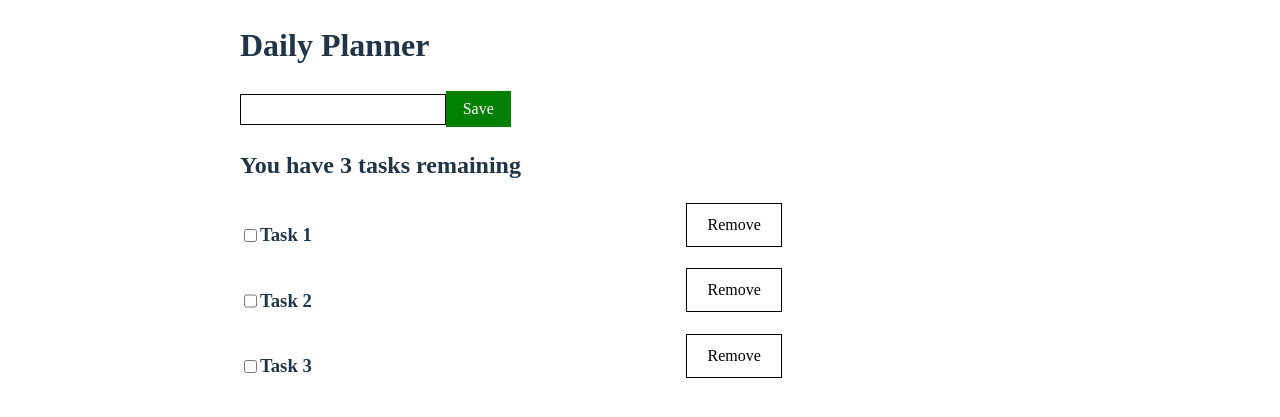
Repository: SamanthaYan298/my_planner
Page: /
These files come from the project's save history. The page is drawn as it stood at one moment and after the next save; the edit follows.
The browser window is 1280 px wide. The pictures show the whole page.
The project was rebuilt for these pictures with package versions that can differ from the ones it lists, and the page was loaded fresh each time. Also part of the build but not shown: vite.config.js.

Above is the page before, as saved 2024-10-07 17:20:35.

### src/App.jsx
import { useState } from 'react'
import './App.css'

function App() {

  return (
    <>
      <div className='main'>
        <h1>Daily Planner</h1>
        <form>
          <input
            type="text"
            className='form-input'
          />
          <button className='form-btn'>Save</button>
        </form>
        <h2>You have 3 tasks remaining</h2>
        <div>
          <div className='task-list'>
            <input type="checkbox" />
            <h3>Task 1</h3>
            <button className='task-btn'>Remove</button>
          </div>

          <div className='task-list'>
            <input type="checkbox" />
            <h3>Task 2</h3>
            <button className='task-btn'>Remove</button>
          </div>

          <div className='task-list'>
            <input type="checkbox" />
            <h3>Task 3</h3>
            <button className='task-btn'>Remove</button>
          </div>
        </div>
      </div>
    </>
  )
}

export default App

### src/index.css
:root {
  font-family: Inter, system-ui, Avenir, Helvetica, Arial, sans-serif;
  line-height: 1.5;
  font-weight: 400;

  color-scheme: light dark;
  color: rgba(255, 255, 255, 0.87);
  background-color: #242424;

  font-synthesis: none;
  text-rendering: optimizeLegibility;
  -webkit-font-smoothing: antialiased;
  -moz-osx-font-smoothing: grayscale;
}

a {
  font-weight: 500;
  color: #646cff;
  text-decoration: inherit;
}
a:hover {
  color: #535bf2;
}

body {
  margin: 0;
  display: flex;
  flex-direction: column;
  align-items: flex-start;
  justify-content: flex-start;
  min-width: 320px;
  min-height: 100vh;
  padding-top: 0;
  text-align: left;
  left: 0;
}


/* h1 {
  font-size: 3.2em;
  line-height: 1.1;
} */

/* button {
  border-radius: 8px;
  border: 1px solid transparent;
  padding: 0.6em 1.2em;
  font-size: 1em;
  font-weight: 500;
  font-family: inherit;
  background-color: #1a1a1a;
  cursor: pointer;
  transition: border-color 0.25s;
}
button:hover {
  border-color: #646cff;
}
button:focus,
button:focus-visible {
  outline: 4px auto -webkit-focus-ring-color;
} */

@media (prefers-color-scheme: light) {
  :root {
    color: #213547;
    background-color: #ffffff;
  }
  a:hover {
    color: #747bff;
  }
  button {
    background-color: #f9f9f9;
  }
}

### src/App.css
#root {
  max-width: 100%;
  margin-left: 15em;
  padding: 0;
  top: 0;
  font-family: "Playfair Display", serif;
}

.main {
  text-align: left;
}

.task-list {
  display: flex;
  flex-direction: row;
}

.form-btn {
  background-color: green;
  border: 1px solid green;
  color: white;
  padding: 0.5em 1em;
  font-family: "Playfair Display", serif;
  font-size: 1em;
}

.task-btn {
  padding: 0.5em 1em;
  border: 1px solid;
  background-color: white;
  width: 6em;
  height: 2.75em;
  font-family: "Playfair Display", serif;
  font-size: 1em;
}

.form-input {
  padding: 0.5em 1em;
  border: 1px solid;
}

div h3 {
  padding-right: 20em;
}

Loaded but not shown: index.html (common file); src/main.jsx (common file)

After the next save:
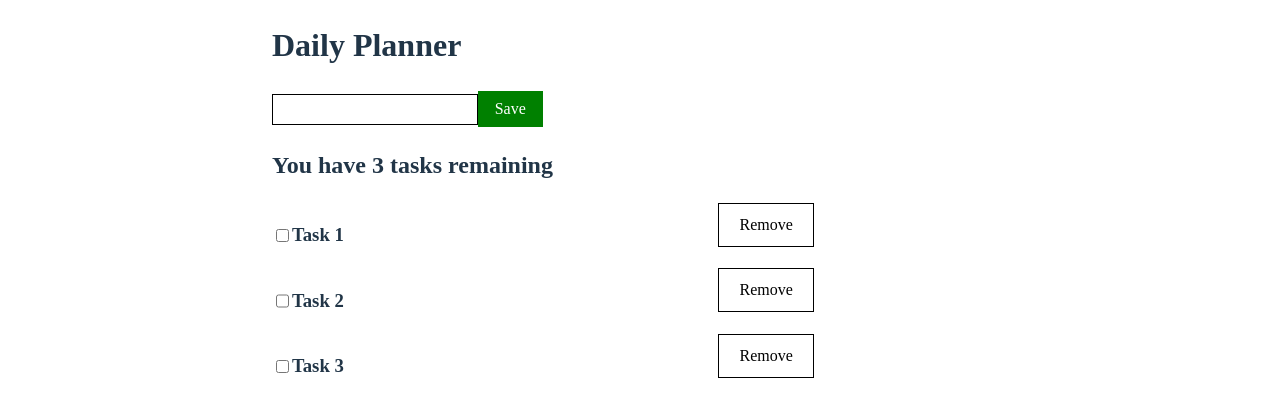
Saved 8 s later.
--- a/src/App.css
+++ b/src/App.css
@@ -1,6 +1,6 @@
 #root {
   max-width: 100%;
-  margin-left: 15em;
+  margin-left: 17em;
   padding: 0;
   top: 0;
   font-family: "Playfair Display", serif;
